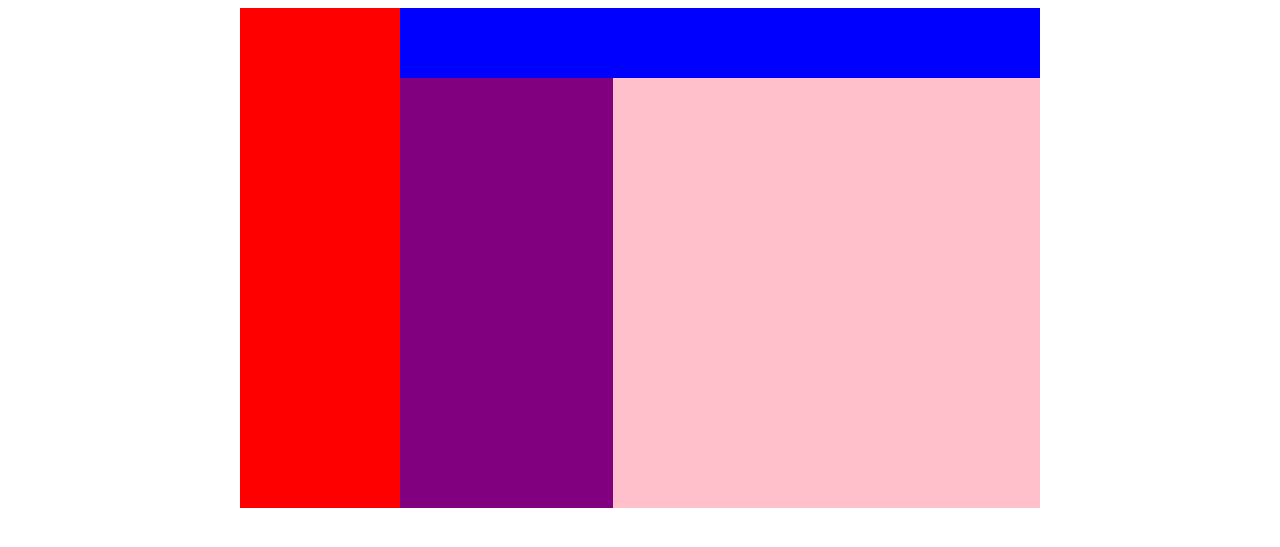
Repository: chathura226/SeekWork_Group_Project_I
Page: http://localhost/
The author's editor kept a copy of each file at every save. The page is drawn from the files as they stood at one save, then again after the next save.
The browser window is 1280 px wide. The pictures show the whole page.
The page is run by PHP 8.4 with error messages shown; the project is at /var/www/html/.

Above is the page before, as saved 2023-12-01 16:16:17.

### chat/index.php
<!DOCTYPE html>
<html>
    <head>
        <title>Chat</title>

    </head>
    <style type="text/css">

        #wrapper{

            max-width: 800px;
            min-height: 500px;
            display: flex;
            margin:auto;

        }

        #left_pannel{
            min-height: 400px;
            background-color: red;
            flex:1;


        }

        #right_pannel{
            min-height: 500px;
            background-color: green;
            flex:4;

        }

        #header{
            background-color: blue;
            height: 70px;

        }

        #inner_left_pannel{
            background-color:purple;
            flex:1;
            min-height:430px


        }

        #inner_right_pannel{
            background-color:pink;
            flex:2;
            min-height:430px;


        }




    </style>
    <body>
        <div id="wrapper">

           <div id="left_pannel">

           </div>
           <div id="right_pannel">
              <div id="header" ></div>
                <div id="container"  style="display: flex">
                    <div id="inner_left_pannel"></div>
                    <div id="inner_right_pannel"></div>
                </div>
           </div>



        </div>


    </body>
</html>

After the next save:
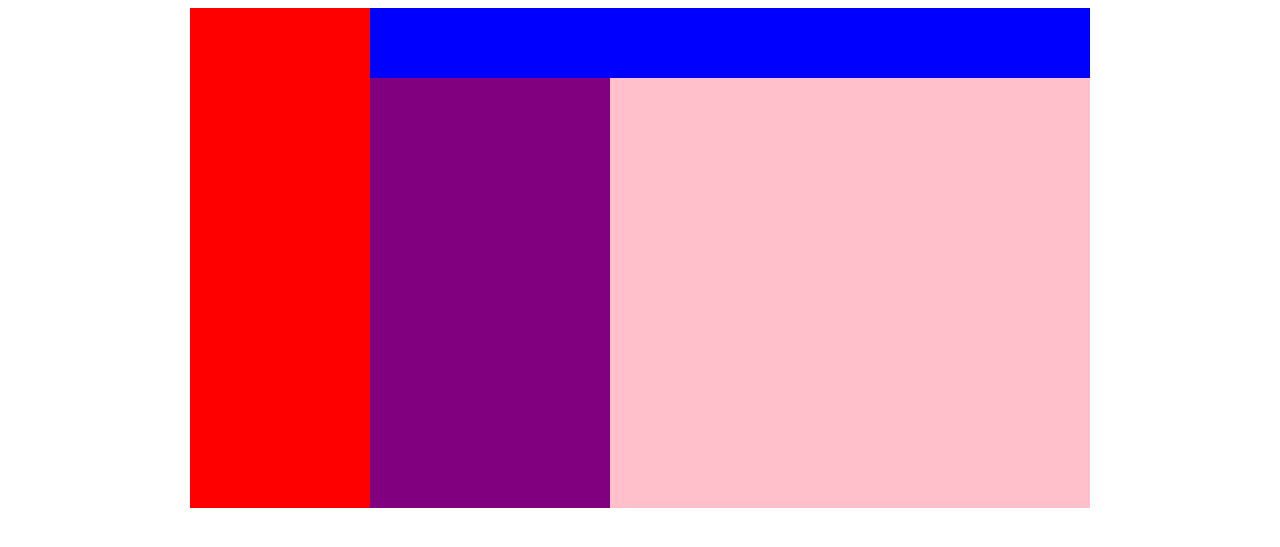
Saved 77 s later.
--- a/chat/index.php
+++ b/chat/index.php
@@ -8,7 +8,7 @@
 
         #wrapper{
 
-            max-width: 800px;
+            max-width: 900px;
             min-height: 500px;
             display: flex;
             margin:auto;
